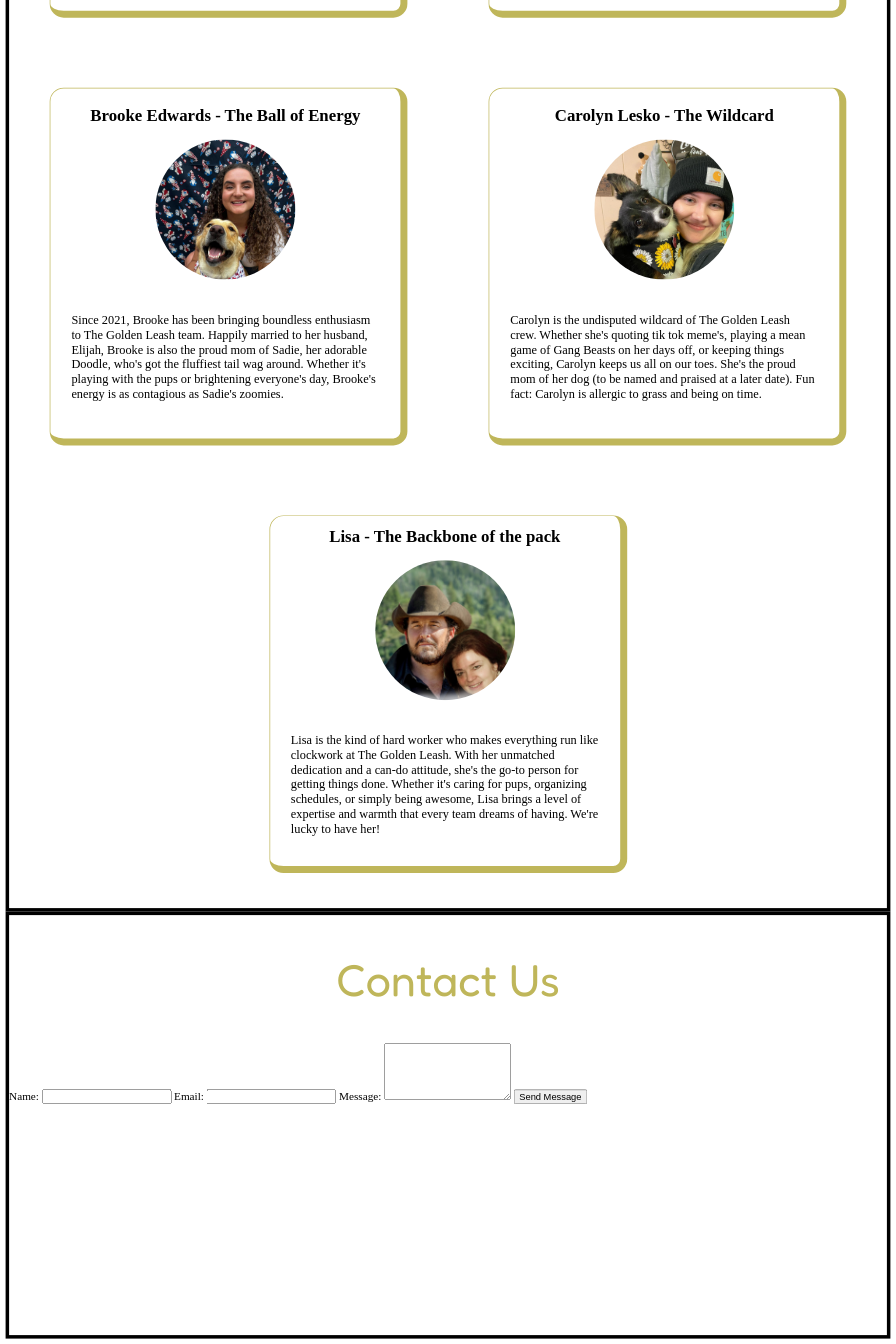
Repository: Aworminator/Thegoldenleash
Page: index.html
The author's editor kept a copy of each file at every save. The page is drawn from the files as they stood at one save, then again after the next save.
The browser window is 1280 px wide. The pictures show the part of the page from y = 2566 to 4486 px (the page is 4486 px tall), at 70% of full size.

Above is the page before, as saved 2025-06-26 16:26:47.

### index.html
<!DOCTYPE html>
<html lang="en">
  <head>
    <meta charset="UTF-8" />
    <meta name="viewport" content="width=device-width, initial-scale=1.0" />
    <title>The Golden Leash</title>
    <link
      rel="stylesheet"
      href="https://cdnjs.cloudflare.com/ajax/libs/font-awesome/6.5.0/css/all.min.css"
      integrity="sha512-..."
      crossorigin="anonymous"
      referrerpolicy="no-referrer"
    />
    <link rel="stylesheet" href="style.css" />
    <link rel="preconnect" href="https://fonts.googleapis.com" />
    <link rel="preconnect" href="https://fonts.gstatic.com" crossorigin />
    <link
      href="https://fonts.googleapis.com/css2?family=Fredoka:wght@300..700&display=swap"
      rel="stylesheet"
    />

    <!-- <h1>Welcome to the golden leash</h1> -->
  </head>
  <body>
    <section class="home-page">
      <div class="image-container">
        <div>
          <img src="./Images/GoldenLeashLogo No Nose.png" class="logo" />
        </div>

        <ul class="list">
          <li class="story">Our Story</li>
          <li>Services</li>
          <li>Contact Us</li>
        </ul>
      </div>
    </section>

    <section class="our-story">
      <h1>Our Story</h1>
      <p class="story-info">
        Lorem ipsum odor amet, consectetuer adipiscing elit. Aenean quis
        bibendum condimentum mauris primis integer sollicitudin porttitor.
        Blandit condimentum aptent condimentum orci rhoncus pellentesque euismod
        a. Varius imperdiet fermentum aptent mollis sem eu. Mattis ante pharetra
        quisque nam odio nascetur per. Vitae pellentesque massa facilisi
        maecenas ligula felis. Tristique pulvinar iaculis inceptos lectus elit
        fusce. <br /><br />
        Nisl erat purus sem imperdiet varius erat taciti cursus. Leo ante lectus
        potenti lacus viverra senectus commodo fringilla. Imperdiet est
        parturient ornare imperdiet tempor vulputate. Parturient porttitor
        quisque platea turpis vel porta. Torquent feugiat curabitur posuere
        hendrerit ipsum eros vel erat. Aenean netus proin arcu taciti nec
        efficitur ullamcorper.
      </p>
    </section>

    <section class="services">
      <h1>Services</h1>
      <div class="icon-container">
        <i class="fa-solid fa-house" id="icon"></i>
        <i class="fa-solid fa-dog" id="icon"></i>
        <i class="fa-solid fa-paw" id="icon"></i>
        <i class="fa-solid fa-bath" id="icon"></i>
      </div>
      <h1>Click for Info</h1>
      <p class="service-info">
        At The Golden Leash, we bring personalized care directly to you! Our
        team will stop by to check on your dog and take them for a walk tailored
        to their needs. Each walk typically lasts around 45 minutes, giving your
        pup plenty of exercise and attention. <br /><br />
        Your dog's safety and well-being are our top priorities. That’s why we
        monitor the weather closely, ensuring your furry friend isn’t exposed to
        unsafe conditions. We avoid walks in temperatures below 28°F, and during
        extreme heat, we’ll adjust walk times to protect your dog’s paws from
        hot sidewalks. Because your dog deserves the very best care—rain, shine,
        or snow!
      </p>
    </section>

    <section class="staff">
      <h1>Meet The Staff!</h1>
      <div id="staff-cards"></div>
    </section>

    <section class="contact">
      <h1>Contact Us</h1>
      <form class="contact-form">
        <label for="name">Name:</label>
        <input type="text" id="name" name="name" required />

        <label for="email">Email:</label>
        <input type="email" id="email" name="email" required />

        <label for="message">Message:</label>
        <textarea id="message" name="message" rows="5" required></textarea>

        <button type="submit">Send Message</button>
      </form>
    </section>
    <script src="script.js"></script>
  </body>
</html>

### style.css
h1 {
  font-family: "Fredoka", serif;
  font-optical-sizing: auto;
  font-weight: 400; /* Replace <weight> with a valid value */
  font-style: normal;
  color: #bfb65a;
  font-variation-settings: "wdth" 100;
  text-align: center;
  font-size: 4em;
}

.image-container {
  display: flex;
  flex-direction: row;
  justify-content: space-around;
}

.home-page {
  border: black solid 5px;
  min-height: 50vh;
}

.services,
.staff,
.contact,
.our-story {
  border: black solid 5px;
  min-height: 600px;
}

.logo {
  height: 600px;
  width: auto;
}

.list {
  font-size: 3em;
  padding: 50px;
}

li {
  margin-bottom: 80px;
}

.icon-container {
  display: flex;
  justify-content: center;
}

#icon {
  background-color: #bfb65a;
  height: 100px;
  width: 100px;
  border-radius: 50%;
  display: flex;
  justify-content: center;
  align-items: center;
  font-size: 2em;
  margin: 30px;
}

#icon:hover {
  transform: scale(1.1);
  transition: transform 0.2s;
}

#icon:active {
  transform: scale(0.9);
  transition: transform 0.2s;
}

.service-info,
.story-info {
  text-align: center;
  font-size: 1.5rem;
  margin: 100px;
}

.service-info {
  display: none;
  background-color: rgb(182, 182, 182);
  border-radius: 10px;
  padding: 5px;
  animation: slide-fwd-tr 1.3s cubic-bezier(0.25, 0.46, 0.45, 0.94) both;
}

.card {
  height: 500px;
  width: 500px;
  border: none;
  border-bottom: 10px solid #bfb65a;
  border-right: 10px solid #bfb65a;
  border-top: 1px solid #bfb65a;
  border-left: 1px solid #bfb65a;
  border-radius: 20px;
  display: flex;
  flex-direction: column;
  justify-content: center;
  align-items: center;
  margin: 50px;
}

.profile-pic {
  height: 200px;
  border-radius: 50%;
  object-fit: cover;
  object-position: top;
  width: 200px;
}

.profile-pic:hover {
  transform: scale(1.15);
  transition: transform 0.2s;
}

#staff-cards {
  display: flex;
  flex-direction: row;
  flex-wrap: wrap;
  align-items: center;
  justify-content: space-around;
}

.staff-info {
  padding: 30px;
  font-size: 1.1em;
}

@keyframes slide-fwd-tr {
  0% {
    opacity: 0%;
    transform: translateZ(180px) translateY(120px) translateX(-120px);
  }
  100% {
    opacity: 100%;
    transform: translateZ(0px) translateY(0px) translateX(0px);
  }
}

@media (max-width: 900px) {
  .image-container {
    flex-direction: column;
    align-items: center;
  }
}

### script.js
const staffMembers = [
  {
    name: "Alicia Stamper",
    title: "The top dog",
    image: "./Images/Staff Pictures/Alicia TGL Picture.jpg",
    info: "Alicia has been running The Golden Leash for over six years, and when she's not busy caring for your pups, she's baking up gourmet treats in her own doggy bakery. As the proud mom of Luke (her Hyena-like furball) and Clover (her lovable Black Lab), Alicia knows her way around a tail wag or two. When she's not running the show, you'll find her savoring a hot cup of tea, surrounded by friends and family, and enjoying a well-deserved Saturday chill session.",
  },
  {
    name: "Toni Garnica",
    title: "The partner in paws",
    image: "./Images/Staff Pictures/Toni TGL Picture.jpg",
    info: "Toni joined forces with Alicia in 2020 to make The Golden Leash the bark-tastic business it is today. She's happily married to Alec Garnica, her husband and fellow adventurer, and together they parents of : Obi (their devoted German Shepherd) and their mischievous feline sons, Po (Tuxedo Cat) and Hopper (Black Cat). Toni's all about loving her people, exploring her creative passions, and walking through life with God by her side—usually with Obi in tow.",
  },
  {
    name: "Brooke Edwards",
    title: "The Ball of Energy",
    image: "./Images/Staff Pictures/Brooke TGL Picture.jpg",
    info: "Since 2021, Brooke has been bringing boundless enthusiasm to The Golden Leash team. Happily married to her husband, Elijah, Brooke is also the proud mom of Sadie, her adorable Doodle, who's got the fluffiest tail wag around. Whether it's playing with the pups or brightening everyone's day, Brooke's energy is as contagious as Sadie's zoomies.",
  },
  {
    name: "Carolyn Lesko",
    title: "The Wildcard",
    image: "./Images/Staff Pictures/Carolyn TGL Picture.jpg",
    info: "Carolyn is the undisputed wildcard of The Golden Leash crew. Whether she's quoting tik tok meme's, playing a mean game of Gang Beasts on her days off, or keeping things exciting, Carolyn keeps us all on our toes. She's the proud mom of her dog (to be named and praised at a later date). Fun fact: Carolyn is allergic to grass and being on time.",
  },
  {
    name: "Lisa",
    title: "The Backbone of the pack",
    image: "./Images/Staff Pictures/Lisa and rip Van Winkle.png",
    info: "Lisa is the kind of hard worker who makes everything run like clockwork at The Golden Leash. With her unmatched dedication and a can-do attitude, she's the go-to person for getting things done. Whether it's caring for pups, organizing schedules, or simply being awesome, Lisa brings a level of expertise and warmth that every team dreams of having. We're lucky to have her!",
  },
];

const house = document.querySelector(".fa-house");
const serviceInfo = document.querySelector(".service-info");
const service = document.querySelector(".services");
const staffCards = document.querySelector("#staff-cards");

house.addEventListener("click", () => {
  serviceInfo.style.display = "block";
  serviceInfo.scrollIntoView({ behavior: "smooth" });
});

staffMembers.forEach((person) => {
  const newCard = document.createElement("div");
  newCard.classList.add("card");
  newCard.innerHTML = `<h2>${person.name} - ${person.title}</h2>
          <img
            src="${person.image}"
            alt="${person.name} Profile-Pic"
            class="profile-pic"
          />
          <p class="staff-info">
            ${person.info}
          </p>`;
  staffCards.appendChild(newCard);
});

After the next save:
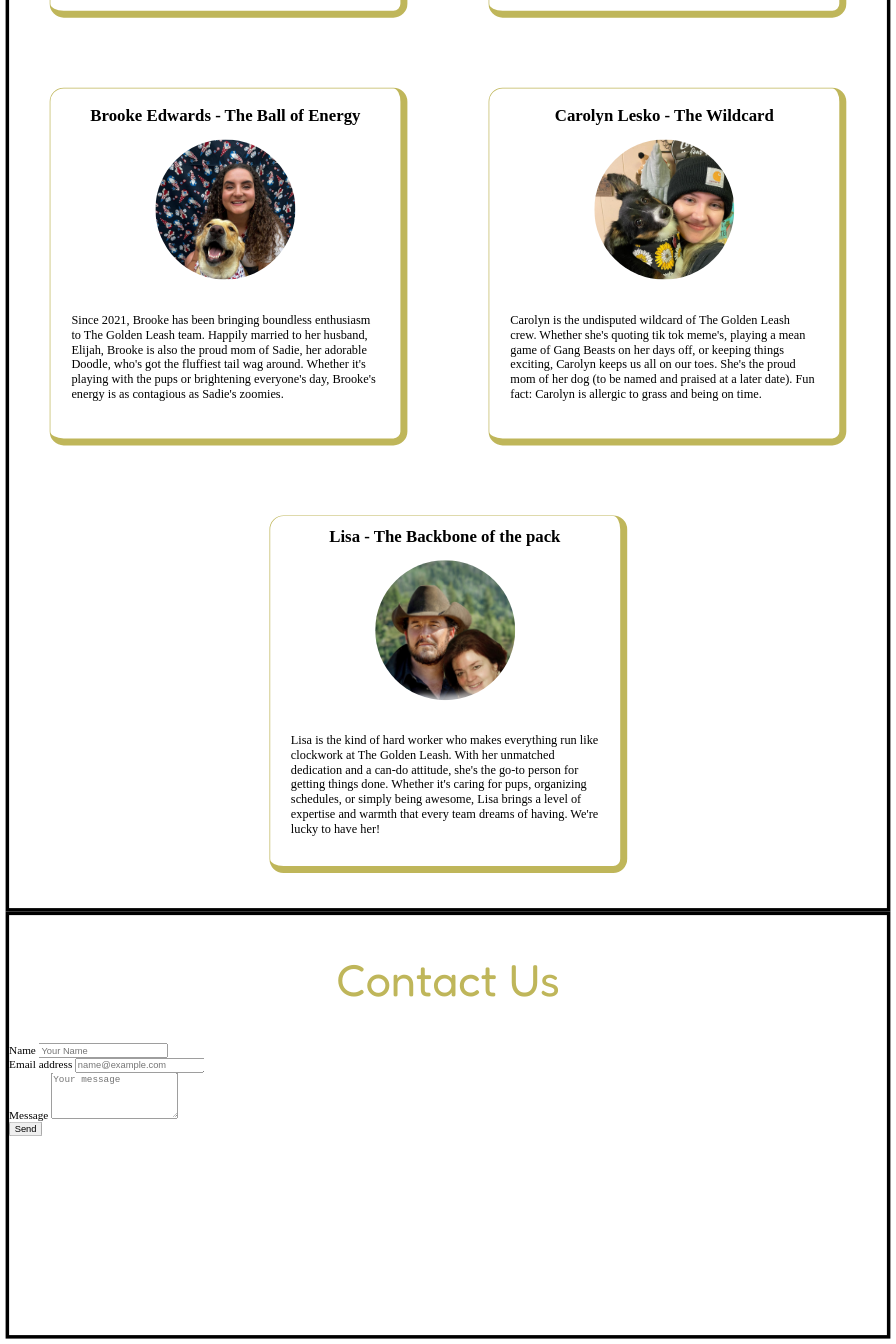
Saved 21 s later.
--- a/index.html
+++ b/index.html
@@ -85,17 +85,38 @@
 
     <section class="contact">
       <h1>Contact Us</h1>
-      <form class="contact-form">
-        <label for="name">Name:</label>
-        <input type="text" id="name" name="name" required />
-
-        <label for="email">Email:</label>
-        <input type="email" id="email" name="email" required />
-
-        <label for="message">Message:</label>
-        <textarea id="message" name="message" rows="5" required></textarea>
-
-        <button type="submit">Send Message</button>
+      <form class="container mt-4" style="max-width: 600px">
+        <div class="mb-3">
+          <label for="name" class="form-label">Name</label>
+          <input
+            type="text"
+            class="form-control"
+            id="name"
+            placeholder="Your Name"
+            required
+          />
+        </div>
+        <div class="mb-3">
+          <label for="email" class="form-label">Email address</label>
+          <input
+            type="email"
+            class="form-control"
+            id="email"
+            placeholder="name@example.com"
+            required
+          />
+        </div>
+        <div class="mb-3">
+          <label for="message" class="form-label">Message</label>
+          <textarea
+            class="form-control"
+            id="message"
+            rows="4"
+            placeholder="Your message"
+            required
+          ></textarea>
+        </div>
+        <button type="submit" class="btn btn-primary">Send</button>
       </form>
     </section>
     <script src="script.js"></script>
